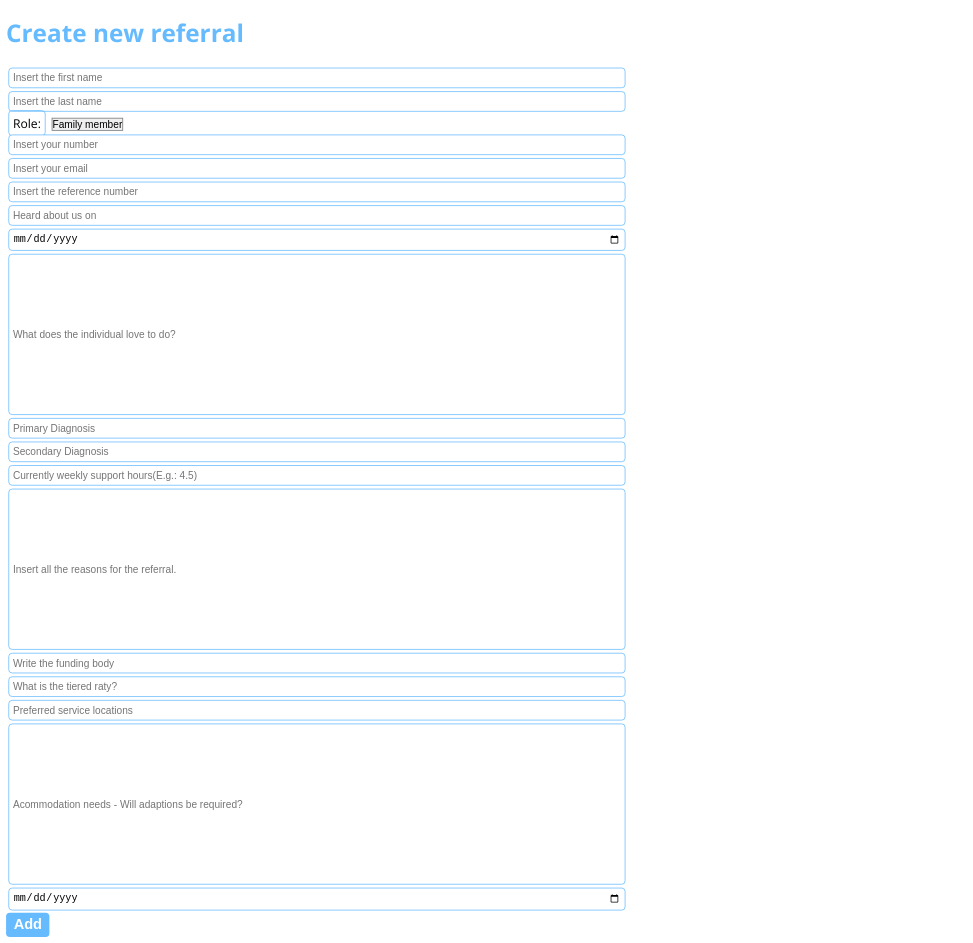
Repository: israelrodriguees/QAactivity
Page: http://localhost/referral/new_referral.jsp
These files come from the project's save history. The page is drawn as it stood at one moment and after the next save; the edit follows.
The browser window is 1280 px wide. The pictures show the whole page, at 76% of full size.
The page is served by Tomcat 9.

Above is the page before, as saved 2021-08-16 16:44:24.

After the next save:
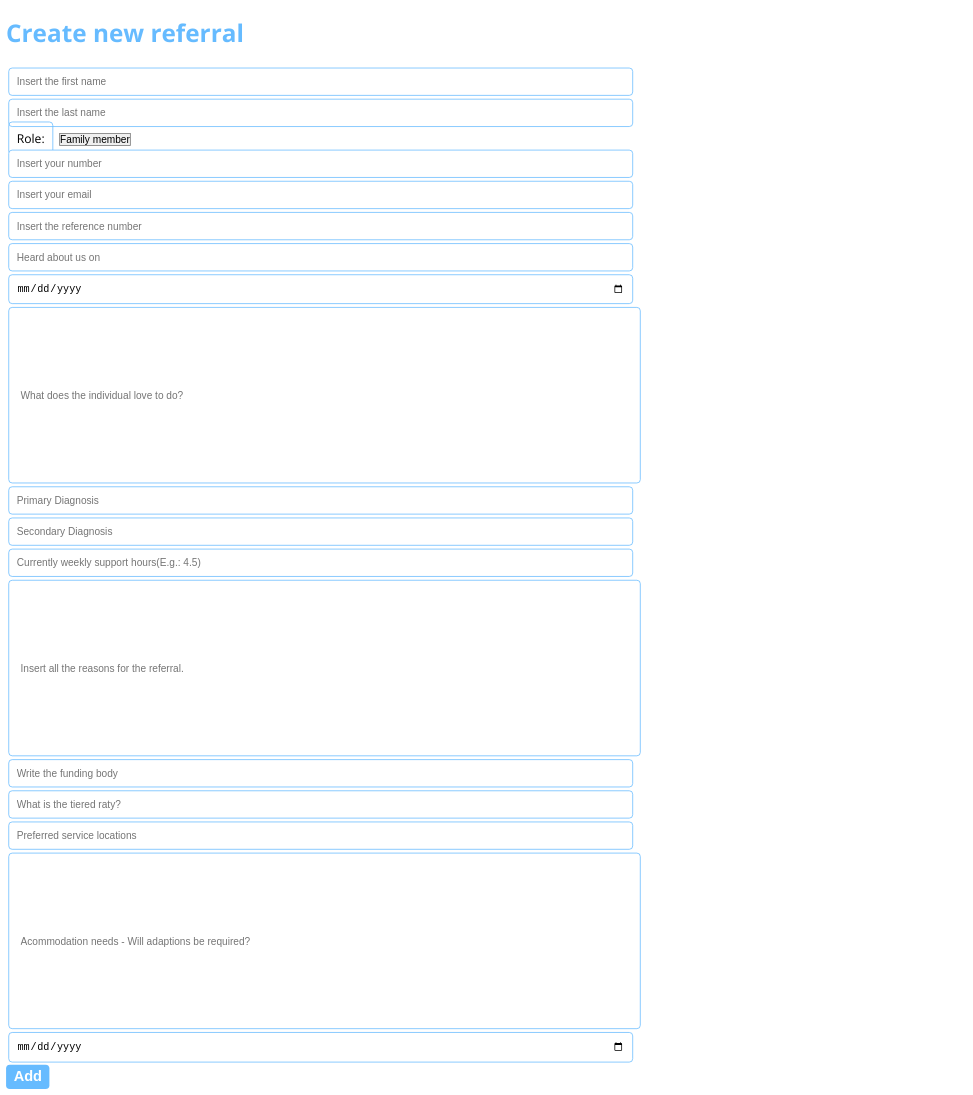
Saved 21 s later.
--- a/referral/src/main/webapp/style.css
+++ b/referral/src/main/webapp/style.css
@@ -28,7 +28,7 @@
 
 .Box1 {
 	width: 800px;
-	padding: 5px;
+	padding: 10px;
 	maring-bottom: 10px;
 	border: 1px solid #66bbff;
 	border-radius: 5px;
@@ -37,7 +37,7 @@
 .Box2 {
 	width: 800px;
 	height: 200px;
-	padding: 5px;
+	padding: 15px;
 	maring-bottom: 10px;
 	border: 1px solid #66bbff;
 	border-radius: 5px;

After the save that followed:
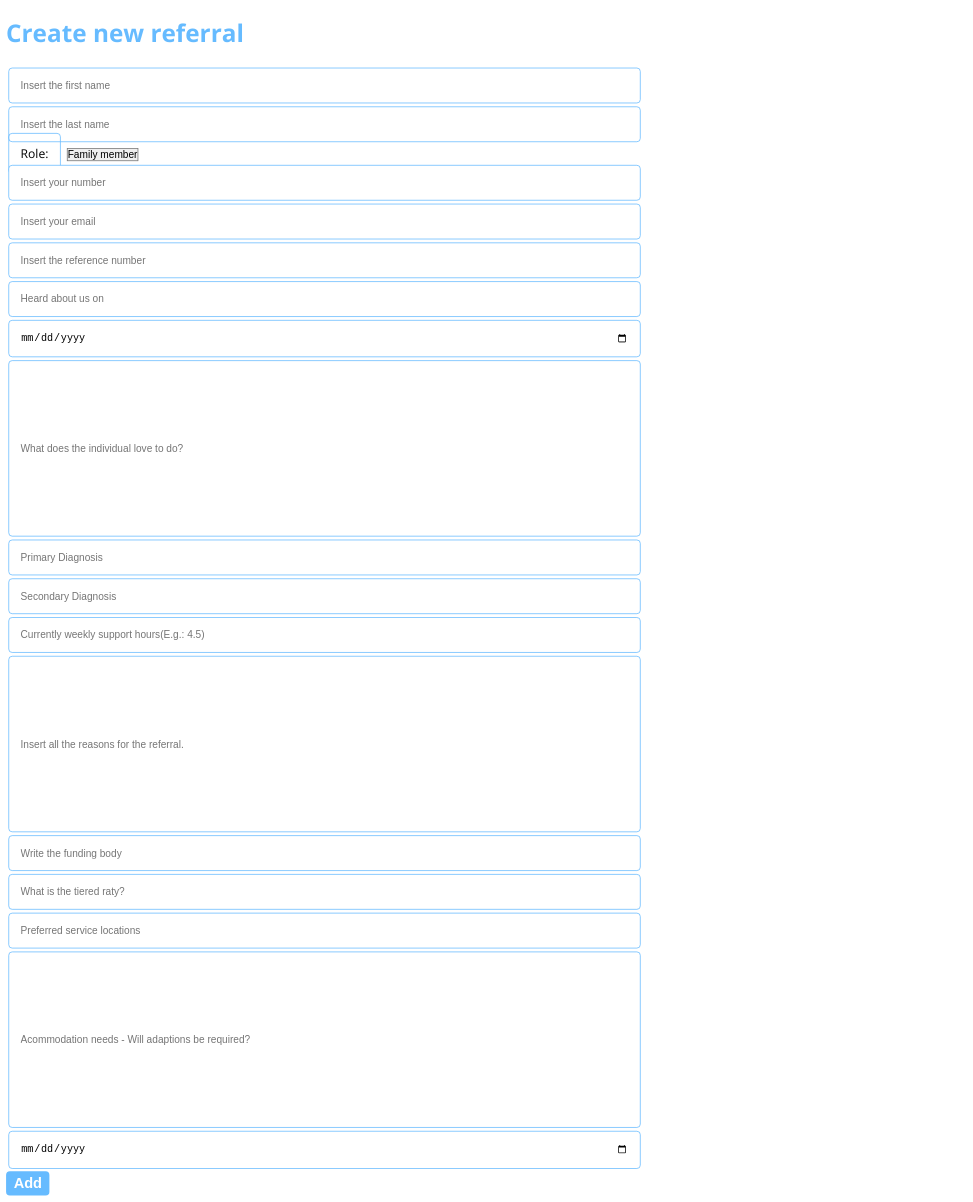
Saved 17 s later.
--- a/referral/src/main/webapp/style.css
+++ b/referral/src/main/webapp/style.css
@@ -28,7 +28,7 @@
 
 .Box1 {
 	width: 800px;
-	padding: 10px;
+	padding: 15px;
 	maring-bottom: 10px;
 	border: 1px solid #66bbff;
 	border-radius: 5px;
